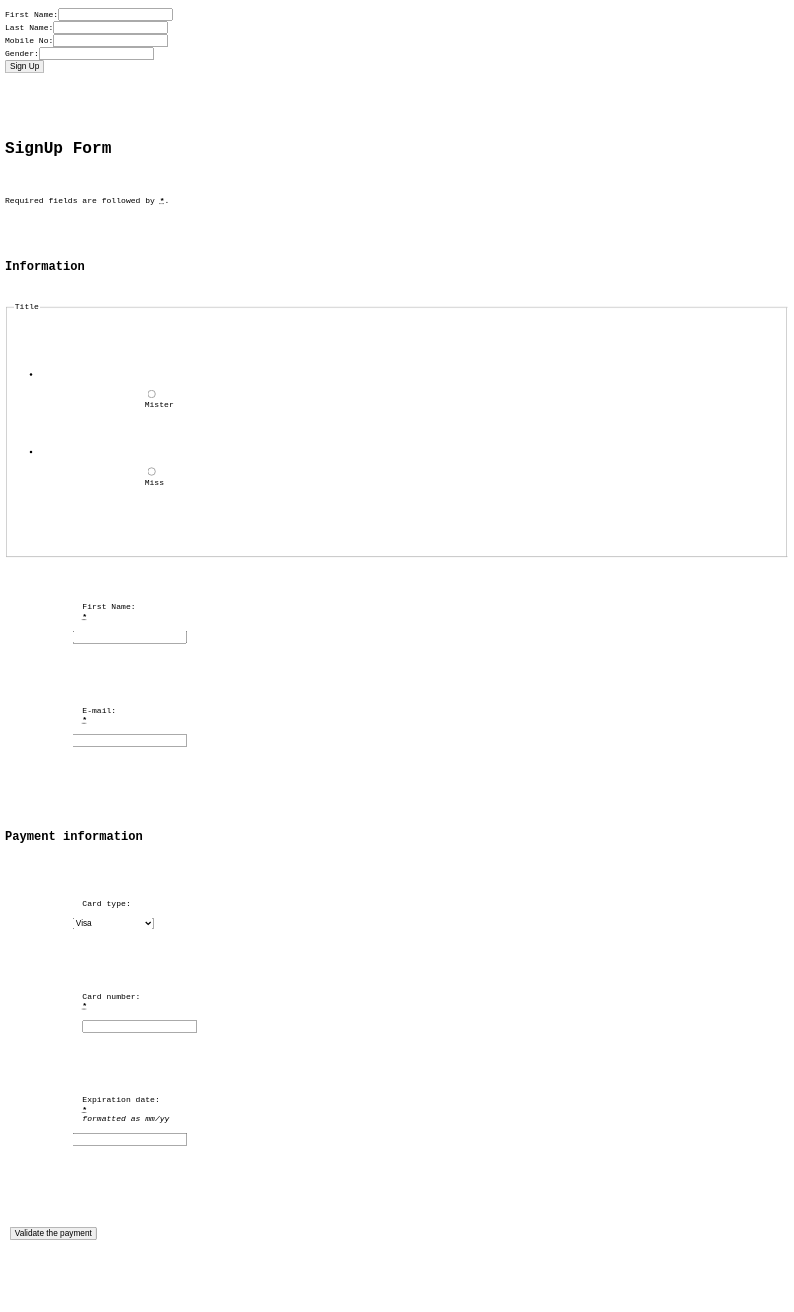
Repository: USChaurasiya/SpringCore
Page: http://localhost/SpringExample/
These files come from the project's save history. The page is drawn as it stood at one moment and after the next save; the edit follows.
The browser window is 1280 px wide. The pictures show the whole page, at 62% of full size.
The page is served by Tomcat 9. Other server files are loaded and not shown.

Above is the page before, as saved 2017-02-14 07:23:33.

### SpringExample/WebContent/Signup.jsp
<%@ page language="java" contentType="text/html; charset=UTF-8"
	pageEncoding="UTF-8"%>
<!DOCTYPE html PUBLIC "-//W3C//DTD HTML 4.01 Transitional//EN" "http://www.w3.org/TR/html4/loose.dtd">
<html>
<head>
<meta http-equiv="Content-Type" content="text/html; charset=UTF-8">
<title>Insert title here</title>
</head>
<body>
	<form >
		<pre>
First Name:<input type="text" name="fname">
Last Name:<input type="text" name="lname">
Mobile No:<input type="text" name="mobile">
Gender:<input type="text" name="gender">
<input type="submit" name="sign up" value="Sign Up">




	<form action="signup.do" method="post">
        <h1>SignUp Form</h1>
        <p>Required fields are followed by <strong><abbr title="required">*</abbr></strong>.</p>
        <section>
            <h2>Information</h2>
            <fieldset>
              <legend>Title</legend>
              <ul>
                  <li>
                    <label for="title_1">
                      <input type="radio" id="title_1" name="title"  >
                      Mister
                    </label>
                  </li>
                  <li>
                    <label for="title_2">
                      <input type="radio" id="title_2" name="title" >
                      Miss
                    </label>
                  </li>
              </ul>
            </fieldset>
            <p>
              <label for="name">
                <span>First Name: </span>
                <strong><abbr title="required">*</abbr></strong>
              </label>
              <input type="text"  name="fname">
            </p>
            <p>
              <label for="mail">
                <span>E-mail: </span>
                <strong><abbr title="required">*</abbr></strong>
              </label>
              <input type="email" id="mail" name="usermail">
            </p>
        </section>
        <section>
            <h2>Payment information</h2>
            <p>
              <label for="card">
                <span>Card type:</span>
              </label>
              <select id="card" name="usercard">
                <option value="visa">Visa</option>
                <option value="mc">Mastercard</option>
                <option value="amex">American Express</option>
              </select>
            </p>
            <p>
              <label for="number">
                <span>Card number:</span>
                <strong><abbr title="required">*</abbr></strong>
              </label>
                <input type="text" id="number" name="cardnumber">
            </p>
            <p>
              <label for="date">
                <span>Expiration date:</span>
                <strong><abbr title="required">*</abbr></strong>
                <em>formatted as mm/yy</em>
              </label>
              <input type="text" id="date" name="expiration">
            </p>
        </section>
        <section>
            <p> <button type="submit">Validate the payment</button> </p>
        </section>
    </form>

</body>
</html>

After the next save:
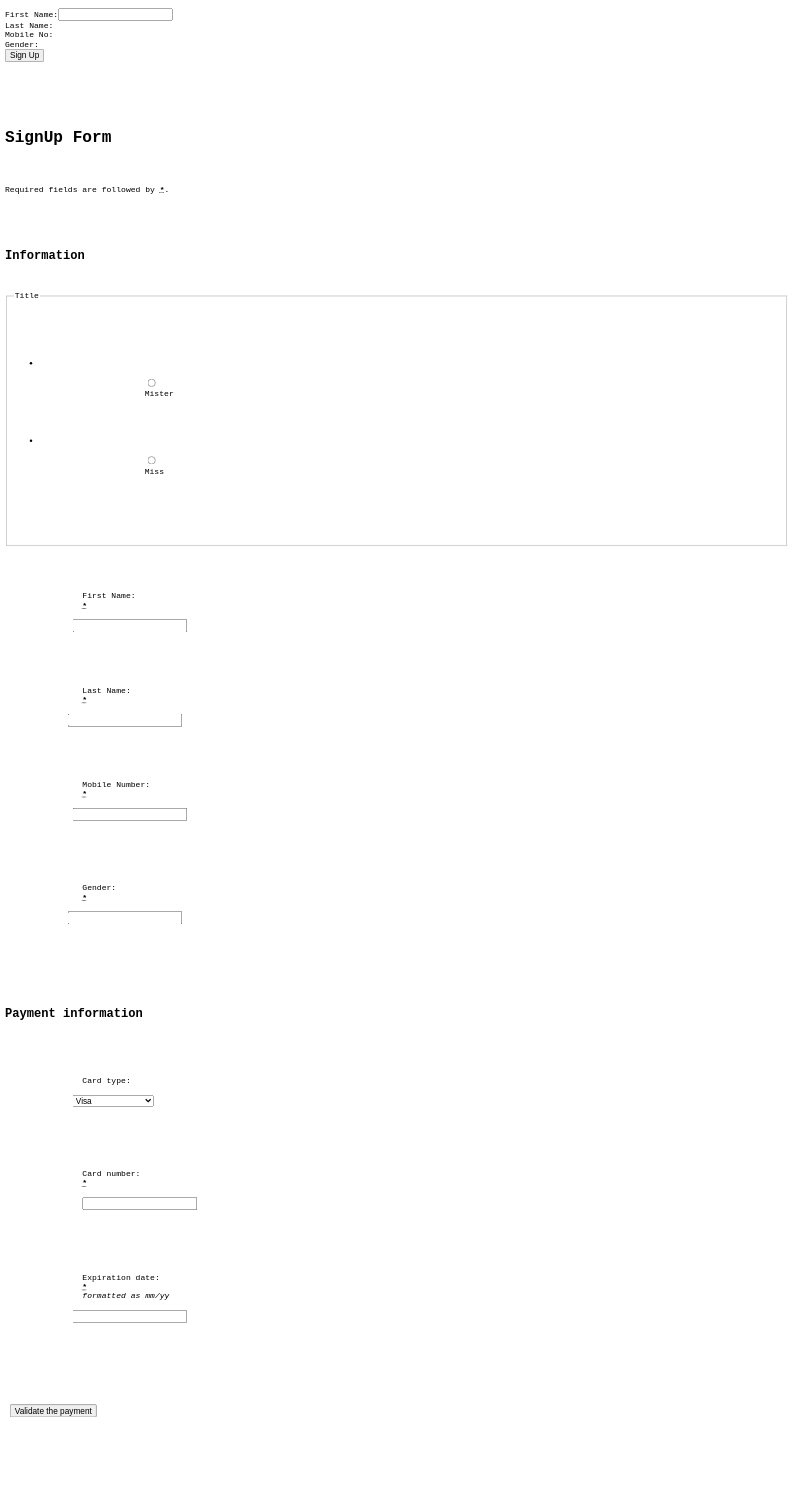
Saved 2 min 2 s later.
--- a/SpringExample/WebContent/Signup.jsp
+++ b/SpringExample/WebContent/Signup.jsp
@@ -10,9 +10,9 @@
 	<form >
 		<pre>
 First Name:<input type="text" name="fname">
-Last Name:<input type="text" name="lname">
-Mobile No:<input type="text" name="mobile">
-Gender:<input type="text" name="gender">
+Last Name:
+Mobile No:
+Gender:
 <input type="submit" name="sign up" value="Sign Up">
 
 
@@ -47,12 +47,26 @@ Gender:<input type="text" name="gender">
               </label>
               <input type="text"  name="fname">
             </p>
+<p>
+              <label for="name">
+                <span>Last Name: </span>
+                <strong><abbr title="required">*</abbr></strong>
+              </label>
+             <input type="text" name="lname">
+            </p>
+<p>
+              <label for="name">
+                <span>Mobile Number: </span>
+                <strong><abbr title="required">*</abbr></strong>
+              </label>
+              <input type="text" name="mobile">
+            </p>
             <p>
               <label for="mail">
-                <span>E-mail: </span>
+                <span>Gender: </span>
                 <strong><abbr title="required">*</abbr></strong>
               </label>
-              <input type="email" id="mail" name="usermail">
+             <input type="text" name="gender">
             </p>
         </section>
         <section>
